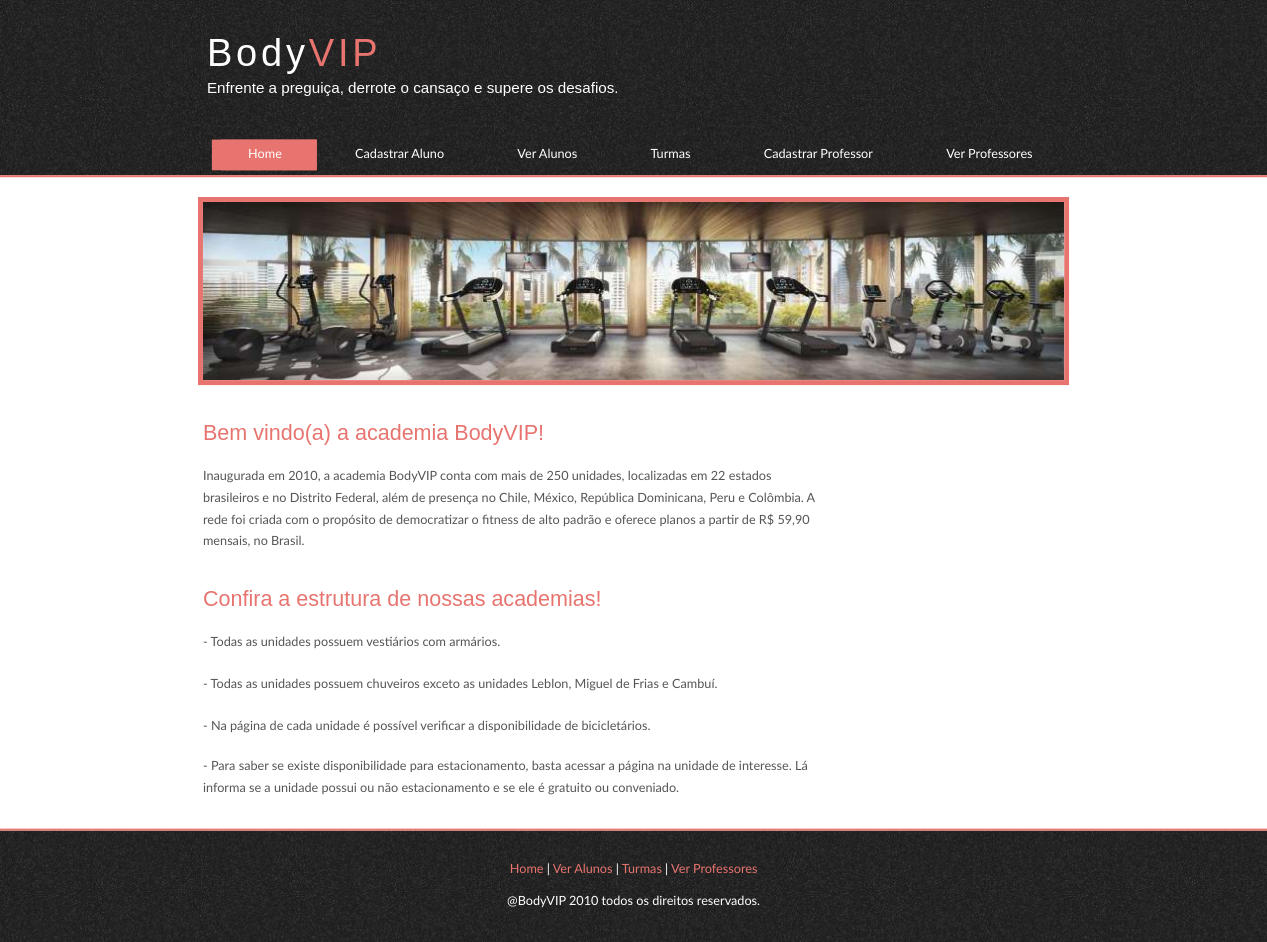
Repository: Thais-Ferreira/Projeto_bodyVIP
Page: http://localhost/BodyVIP/home.jsp
These files come from the project's save history. The page is drawn as it stood at one moment and after the next save; the edit follows.
The browser window is 1280 px wide. The pictures show the whole page, at 99% of full size.
The page is served by Tomcat 9.

Above is the page before, as saved 2017-06-20 17:52:21.

After the next save:
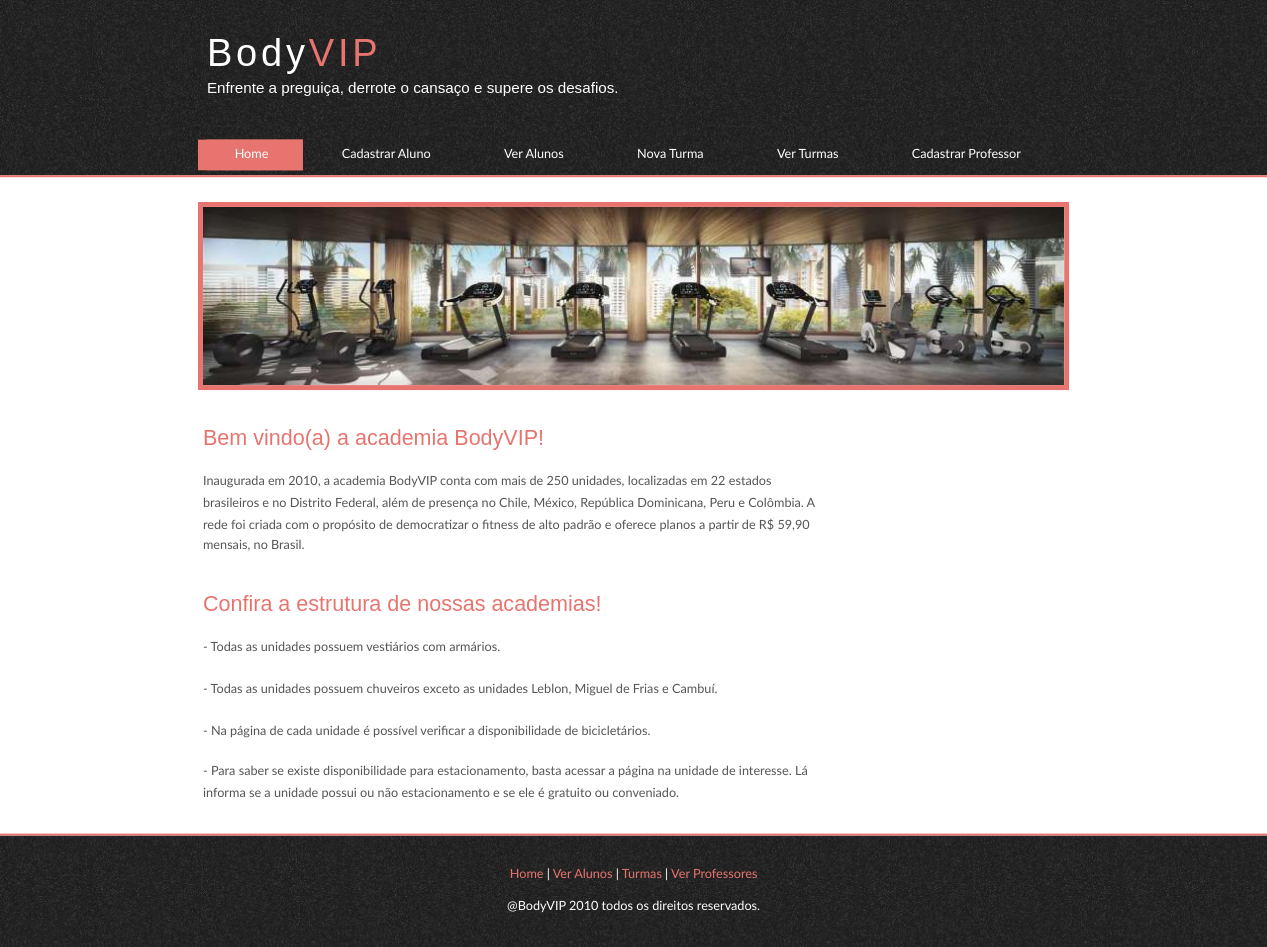
Saved 89 s later.
--- a/BodyVIP/WebContent/home.jsp
+++ b/BodyVIP/WebContent/home.jsp
@@ -21,7 +21,8 @@
           <li class="selected"><a href="home.jsp">Home</a></li>
           <li><a href="AlunoController?acao=cadastro">Cadastrar Aluno</a></li>
           <li><a href="AlunoController?acao=buscaLista">Ver Alunos</a></li>
-          <li><a href="page.html">Turmas</a></li>
+          <li><a href="TurmaController?acao=cadastro">Nova Turma</a></li>
+          <li><a href="TurmaController?acao=buscaLista">Ver Turmas</a></li>
           <li><a href="ProfessorController?acao=cadastro">Cadastrar Professor</a></li>
           <li><a href="ProfessorController?acao=buscaLista">Ver Professores</a></li>
         </ul>
